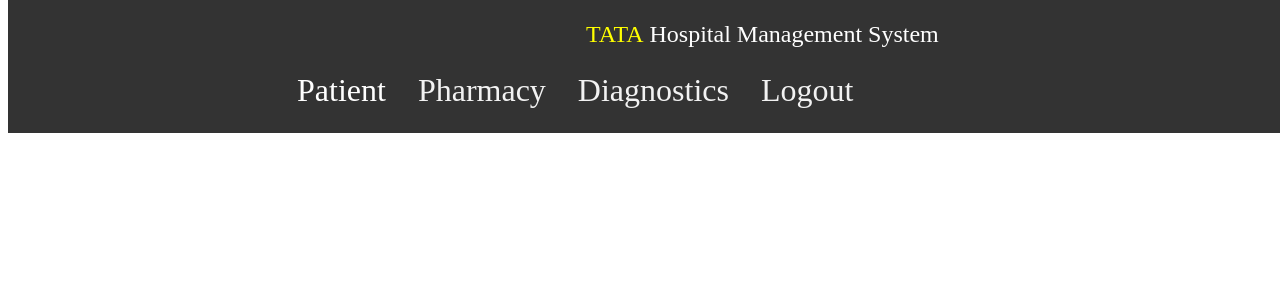
Repository: gopikavinod/RBM
Page: http://localhost/Hospital_Management_System/test.jsp
The author's editor kept a copy of each file at every save. The page is drawn from the files as they stood at one save, then again after the next save.
The browser window is 1280 px wide. The pictures show the whole page.
The page is served by Tomcat 9.

Above is the page before, as saved 2020-06-27 06:43:26.

After the next save:
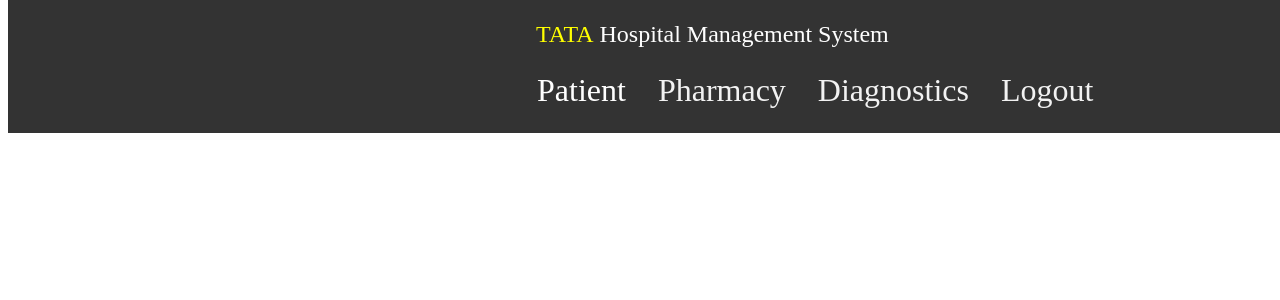
Saved 56 s later.
--- a/eclipse-workspace/Hospital Management System/WebContent/test.jsp
+++ b/eclipse-workspace/Hospital Management System/WebContent/test.jsp
@@ -60,7 +60,7 @@
     .topnav {
   overflow: hidden;
   background-color: #333;
-  padding-left: 145px;
+  padding-left: 385px;
   font-size: x-large;
 }
 
@@ -138,7 +138,7 @@
  <div class="fixed-header">
         <div class="container" >
             <nav>
-         <p class="detail"  style="padding-left: 450px;">TATA<span class="name">&nbsp;Hospital Management System</span></p>
+         <p class="detail"  style="padding-left: 400px;">TATA<span class="name">&nbsp;Hospital Management System</span></p>
           <div class="topnav" id="myTopnav" display="none">
             <div class="dropdown">
     <button class="dropbtn" style="font-size: xx-large;">Patient
